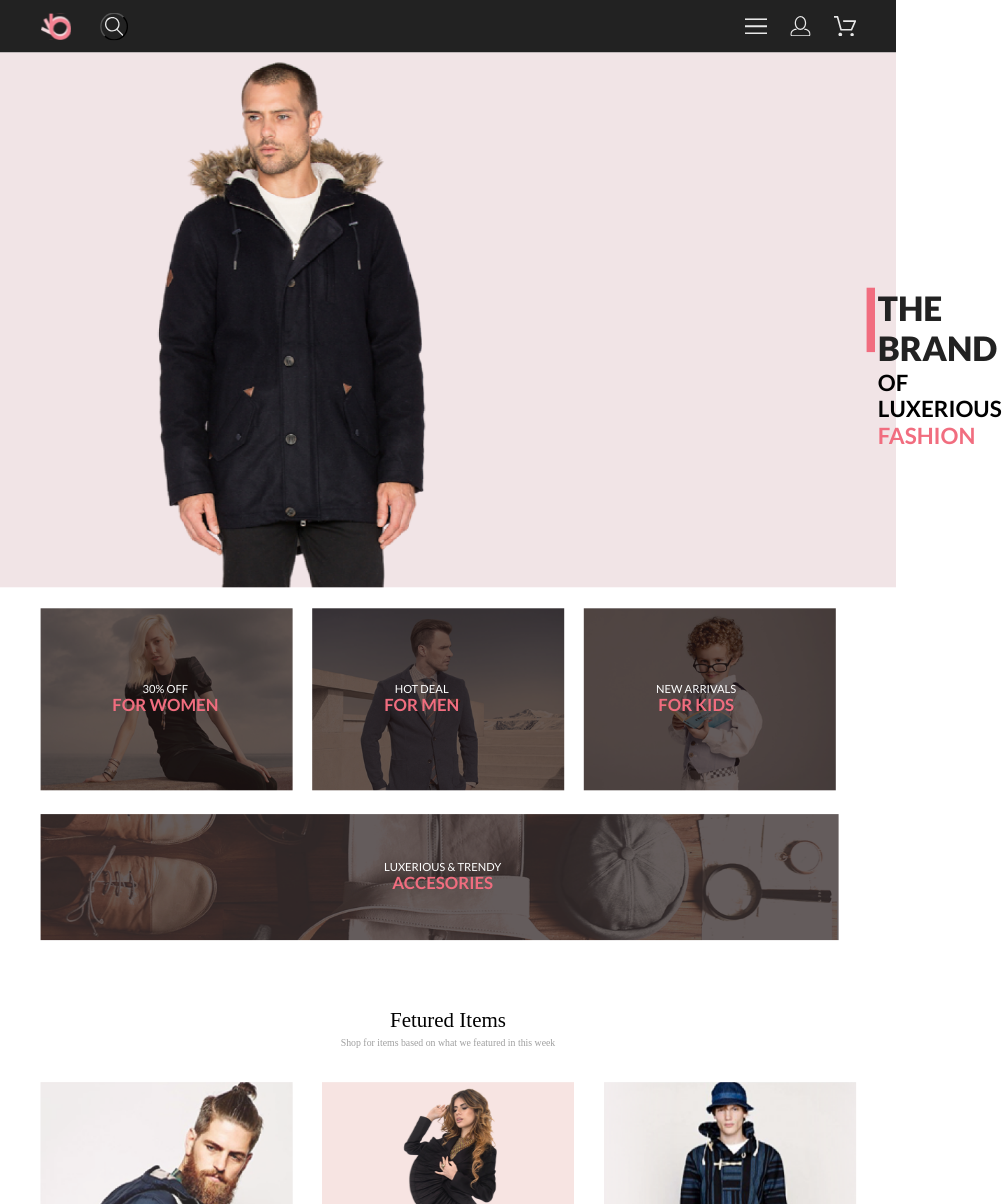
Repository: shtepaa/work-show-linkid
Page: les01/index.html
These files come from the project's save history. The page is drawn as it stood at one moment and after the next save; the edit follows.
The browser window is 1280 px wide. The page is 1431 px wide, then 1280 px, then 1431 px, so the pictures cover 1431 px, including what lies to the right of the window. The pictures show the part of the page from y = 0 to 1720 px (the page is 3886 px tall), at 70% of full size.

Above is the page before, as saved 2022-02-15 12:16:25.

### les01/index.html
<!DOCTYPE html>
<html lang="en">
  <head>
    <meta charset="UTF-8" />
    <meta http-equiv="X-UA-Compatible" content="IE=edge" />
    <meta name="viewport" content="width=device-width, initial-scale=1.0" />
    <title>Brand</title>
    <link rel="shortcut icon" href="img/favicon.ico" type="image/x-icon" />
    <link rel="stylesheet" href="style.css" />
    <link rel="preconnect" href="https://fonts.googleapis.com" />
    <link rel="preconnect" href="https://fonts.gstatic.com" crossorigin />
    <link
      href="https://fonts.googleapis.com/css2?family=Lato:wght@700;400;900&display=swap"
      rel="stylesheet"
    />
  </head>
  <body>


        <header>
          <div class="container">
            <nav>
              <div class="flex-left">
                <img src="img/logo.svg" alt="logo" />
                <form class="searchBox">
                  <input
                    class="searchInput"
                    type="text"
                    name=""
                    placeholder="Search"
                  />
                  <button class="searchButton" href="#">
                    <img id="path" src="img/search.svg" alt="logo" />
                  </button>
                </form>
              </div>
              <div class="flex-right">
                <div class="mega-box"><img class="contact-img" src="img/menu.svg" alt="logo" />
                <div class="mega-item">

<div class="menu-box"><h3 class="menu-box--style">Menu</h3></div>
<details><summary>Man</summary>
<a class="mega-link" href="#">Accessories</a>
<a class="mega-link" href="#">Bags</a>
<a class="mega-link" href="#">Denim</a>
<a class="mega-link" href="#">T-Shirts</a>
</details>
<details><summary>WOMAN</summary>
  <a class="mega-link" href="#">Accessories</a>
  <a class="mega-link" href="#">Jackets & Coats</a>
  <a class="mega-link" href="#">Polos</a>
  <a class="mega-link" href="#">T-Shirts</a>
  </details>
  <details><summary>KIDS</summary>
    <a class="mega-link" href="#">Accessories</a>
    <a class="mega-link" href="#">Bags</a>
    <a class="mega-link" href="#">Denim</a>
    <a class="mega-link" href="#">T-Shirts</a>
    </details>



                </div>


                </div>
                <img class="contact-img" src="img/contact.svg" alt="logo" />
                <img src="img/shop.svg" alt="logo" />
              </div>
            </nav>
          </div>
        </header>
        <!-- Второй блок -->
        <div class="header-section">

          <!-- <div class="container"> -->

            <div class="header-cover">
              <div class="header-image">
              <img class="header-man"  src="img/man-new.png" alt="man" />
            </div>
            <div class="header-title">
              <div class="pink-line">
              <div class="header-column">
                <h1>The brand</h1>
                <h2>of luxerious <span class="pink-word"> fashion</span></h2>
              </div>
            </div>
            </div>
          </div>
          <!-- </div> -->


          </div>
        </div>
<!-- Третий блок -->
        <div class="container catalog-wrappet">
          <div class="catalog-block">
            <div class="catalog-project">
              <img
                class="catalog-image"
                src="img/catalog01.png"
                alt="catalog01"
              />
              <h2 class="catalog__text">
                30% off <span class="pink-word catalog-words"> for women</span>
              </h2>
            </div>
            <div class="catalog-project">
              <img
                class="catalog-image"
                src="img/catalog02.png"
                alt="catalog02"
              />
              <h2 class="catalog__text">
                hot deal <span class="pink-word catalog-words"> for men</span>
              </h2>
            </div>
            <div class="catalog-project">
              <img
                class="catalog-image"
                src="img/catalog03.png"
                alt="catalog03"
              />
              <h2 class="catalog__text">
                new arrivals
                <span class="pink-word catalog-words"> for kids</span>
              </h2>
            </div>
          </div>
          <div class="catalog-project parent">
            <img
              class="catalog-image"
              src="img/catalog04.png"
              alt="catalog04"
            />
            <h2 class="catalog__text down-parent">
              luxerious & trendy<span class="pink-word catalog-words">
                accesories</span
              >
            </h2>
          </div>
        </div>
        <!-- Четвертый блок -->
        <div class="container block-text">
          <h3 class="block-text--heading">Fetured Items</h3>
          <p class="block-text--section-text">
            Shop for items based on what we featured in this week
          </p>
        </div>
        <div class="container section-featured">
          <div class="featur_one">
            <a class="link-featur" href="#">
            <img class="featur-image"  src="img/feat01.png" alt="featur_one" /></a>
            <div class="featur-wrapper">
            <h3 class="featur-text">ELLERY X M'O CAPSULE</h3>
            <p class="featur-content">Known for her sculptural takes on traditional tailoring, Australian arbiter of cool Kym Ellery teams up with Moda Operandi.</p>
<span class="featur-price">$52.00</span></div>
          </div>
          <div class="featur_one">
            <a class="link-featur" href="#">
            <img src="img/feat02.png" alt="featur_one" /></a>
            <div class="featur-wrapper">
            <h3 class="featur-text">ELLERY X M'O CAPSULE</h3>
            <p class="featur-content">Known for her sculptural takes on traditional tailoring, Australian arbiter of cool Kym Ellery teams up with Moda Operandi.</p>
<span class="featur-price">$52.00</span></div>
          </div>
          <div class="featur_one">
            <a class="link-featur" href="#">
            <img src="img/feat03.png" alt="featur_one" /></a>
            <div class="featur-wrapper">
            <h3 class="featur-text">ELLERY X M'O CAPSULE</h3>
            <p class="featur-content">Known for her sculptural takes on traditional tailoring, Australian arbiter of cool Kym Ellery teams up with Moda Operandi.</p>
<span class="featur-price">$52.00</span></div>
          </div>
          <div class="featur_one">
            <a class="link-featur" href="#">
            <img src="img/feat04.png" alt="featur_one" /></a>
            <div class="featur-wrapper">
            <h3 class="featur-text">ELLERY X M'O CAPSULE</h3>
            <p class="featur-content">Known for her sculptural takes on traditional tailoring, Australian arbiter of cool Kym Ellery teams up with Moda Operandi.</p>
<span class="featur-price">$52.00</span></div>
          </div>
          <div class="featur_one">
            <a class="link-featur" href="#">
            <img src="img/feat05.png" alt="featur_one" /></a>
            <div class="featur-wrapper">
            <h3 class="featur-text">ELLERY X M'O CAPSULE</h3>
            <p class="featur-content">Known for her sculptural takes on traditional tailoring, Australian arbiter of cool Kym Ellery teams up with Moda Operandi.</p>
<span class="featur-price">$52.00</span></div>
          </div>
          <div class="featur_one">
            <a class="link-featur" href="#">
            <img src="img/feat06.png" alt="featur_one" /></a>
            <div class="featur-wrapper">
            <h3 class="featur-text">ELLERY X M'O CAPSULE</h3>
            <p class="featur-content">Known for her sculptural takes on traditional tailoring, Australian arbiter of cool Kym Ellery teams up with Moda Operandi.</p>
<span class="featur-price">$52.00</span></div>
          </div>

        </div>
        <div class="container browse-button">
          <a class="link-browse" href="#"> <h3 class="browse-button product-cart">Browse All Product</h3></a>

        </div>
<div class="section-icons">
  <div class="container wrapper-icons">
  <div class="first-icons">
    <img class="car-icons" src="img/car.svg" alt="car" />
    <h3 class="car-icons--text">Free Delivery</h3>
    <p class="car-icons--context">Worldwide delivery on all. Authorit tively morph next-generation innov tion with extensive models.</p>
  </div>
  <div class="first-icons">
    <img class="car-icons" src="img/discount.svg" alt="discount" />
    <h3 class="car-icons--text">Sales & discounts</h3>
    <p class="car-icons--context">Worldwide delivery on all. Authorit tively morph next-generation innov tion with extensive models.</p>
  </div>
  <div class="first-icons">
    <img class="car-icons" src="img/corona.svg" alt="corona" />
    <h3 class="car-icons--text">Quality assurance</h3>
    <p class="car-icons--context">Worldwide delivery on all. Authorit tively morph next-generation innov tion with extensive models.</p>
  </div>
</div>

</div>

<div class="quotes-section">
  <div class="container wrap-quotes">
  <div class="figure-box">
  <figure>
    <img class="figure-image" src="img/author.png" alt="author" />
    <figcaption>“Vestibulum quis porttitor dui! Quisque viverra nunc mi, a pulvinar purus condimentum“</figcaption>
  </figure></div>
  <div class="figure-box enter-mail">

    <h1 class="subscribe">SUBSCRIBE</h1>
    <h2 class="promotion">FOR OUR NEWLETTER AND PROMOTION</h2>
    <div class="subscribe-wrapper">

      <input type="email" name="email" class="subscribe-input" placeholder="Enter Your Email">
      <div class="submit-btn">SUBMIT</div>
    </div>


  </div>

</div>


      </div>
      <footer>
<div class="container footer-contant">
  <div class="copy-righ">
    <span class="copy-text">© 2021  Brand  All Rights Reserved.</span>
  </div>
  <div class="networks">
    <div class="insta instag-fig">

    </div>
    <div class="insta pint-fig"></div>
    <div class="insta last-fig"></div>
    <div class="insta "></div>
  </div>



</div>

      </footer>

  </body>
</html>

### les01/style.css
* {
  margin: 0;
  padding: 0;
}



header {
  background-color: #222;

  display: flex;
  height: 75px;
}
.header-section {
  background-color: #f1e4e6;
  /* display: flex; */
  height: 764px;
}
.container {
  margin: 0 auto;
  width: 1165px;
  display: flex;
}
.header-image {
  display: flex;
  /* background-repeat: no-repeat;
  -webkit-box-flex: 1;
  -ms-flex-positive: 1;
  flex-grow: 1; */

}
.header-man{
  /* display: flex; */
  /* display: block; */
  left: 0;
}
.header-title {
  /* width: 50%; */
  display: flex;
  flex-direction: row;
  align-items: center;
}
.header-column {
  display: flex;
  flex-direction: column;
  margin-left: 16px;
  text-transform: uppercase;
  font-family: "Lato", sans-serif;
}
h1 {
  font-weight: 900;
  font-size: 48px;
  line-height: 58px;
  color: #222;
}
h2 {
  font-weight: 700;
  font-size: 32px;
  line-height: 38px;
}
.pink-word {
  color: #f16d7f;
}
.pink-line {
  background-color: #f16d7f;
  height: 92px;
  width: 12px;
}
.header-cover {
  /* width: 100%; */
  display: flex;
  /* flex-direction: row; */
  justify-content: space-between;
  width: 1250px;
  /* margin: 0 auto; */
}

nav {
  justify-content: space-between;
  flex-direction: row;
  /* position: relative; */
  align-items: center;
  display: flex;
  height: 75px;
  width: 100%;
}
.flex-left {
  align-items: center;
  flex-direction: row;
  display: flex;
}

.contact-img {
  margin-right: 33px;
}
/* Меню бокс */
.mega-item {
  position: absolute;
  background-color: #fff;

  /* display: none; */
  padding: 37px 100px 79px 50px;
  display: none;
  margin-top: 23px;
  padding-bottom: 53px;
  /* margin-left: 155px; */
}
.mega-box {
  padding: 34px 0 30px 0;

}
.mega-box:hover .mega-item{
  display: block;
}
summary {
  display: block;
}

  summary::-webkit-details-marker {
  display: none;
}

summary {
  display: block;
  font-weight: 400;
  font-size: 14px;
  line-height: 17px;
  text-transform: uppercase;
  color: #f16d7f;
  padding-top: 20px;
  padding-bottom: 12px;
  font-family: "Lato", sans-serif;
  cursor: pointer;
}

  summary::-webkit-details-marker {
  display: none;
}

summary::before {
  content: '';
  padding-right: 0.5em;
}

details[open] > summary::before {
  content: '';
}

.menu-box--style {
  font-weight: 700;
  font-size: 14px;
  line-height: 17px;
  text-transform: uppercase;
  padding-bottom: 4px;
  font-family: "Lato", sans-serif;
}
/* .pink-box {

} */
.mega-link {
  font-family: "Lato", sans-serif;
  display: block;
  text-decoration: none;
  font-size: 14px;
  line-height: 17px;
  color: #6f6e6e;
  font-weight: 400;
  padding: 12px 0px 11px 15px;
}
.mega-link:hover{
  color: #F16D7F;
}
.flex-right {
  display: flex;
  align-items: center;
  position: relative;
  /* padding-bottom: 23px; */
}
img {
  cursor: pointer;
}

/* search form*/
form {
  margin-left: 41px;
}

.searchBox:hover > .searchInput {
  padding: 0 6px;
  width: 240px;
}

.searchBox:hover > .searchButton {
  background: #222;
  color: #2f3640;
}

.searchButton {
  justify-content: center;
  align-items: center;
  background: #222;
  border-radius: 50%;
  color: white;
  float: right;
  width: 40px;
  height: 40px;
  display: flex;
  transition: 0.4s;
}

.searchInput {
  border: none;
  background: none;
  outline: none;
  float: left;
  padding: 0;
  color: white;
  font-size: 16px;
  transition: 0.4s;
  line-height: 40px;
  width: 0px;
}

@media screen and (max-width: 620px) {
  .searchBox:hover > .searchInput {
    width: 150px;
    padding: 0 6px;
  }
}

/* Третий блок */

.catalog-wrappet {
  display: flex;
  /* flex-direction: row; */
  flex-wrap: wrap;
  justify-content: space-between;
  max-width: 1165px;
  margin: 0 auto;
}
.catalog-project {
  margin-top: 30px;
  position: relative;
  flex-grow: 1;
}
/* .catalog-image:last-of-type {
  width: 100%;

} */
.catalog__text {
  position: absolute;
  display: block;
  z-index: 100;
  left: 103px;
  top: 105px;
  box-sizing: border-box;
  font-size: 16px;
  line-height: 19px;
  text-align: center;
  font-family: Lato;
  color: #fff;
  text-transform: uppercase;
  font-weight: 400;
  display: flex;
  flex-direction: column;
  /* left: 0; */
}
.catalog-words {
  font-size: 24px;
  line-height: 28px;
  text-align: center;
  font-family: "Lato", sans-serif;
  font-weight: 700;
}
.catalog-block {
  display: flex;
  justify-content: space-between;
  flex-direction: row;
  width: 100%;
}
.parent {
  display: flex;
  width: 100%;
  /* justify-content: space-between; */
}
.down-parent {
  left: 491px;
  top: 65px;
}
/* Четвертый блок */
.block-text {
  padding-top: 96px;
  display: flex;
  flex-direction: column;
  box-sizing: content-box;
  align-items: center;
}
.block-text--heading {
  font-weight: normal;
  font-size: 30px;
  line-height: 36px;
}
.block-text--section-text {
  padding-top: 6px;
  font-weight: normal;
  font-size: 14px;
  line-height: 17px;
  color: #9f9f9f;
}
/* Пятый блок */
.section-featured{
  max-width: 1165px;
  display: flex;
  flex-direction: row;
  flex-wrap: wrap;
  padding-top: 18px;
  justify-content: space-between;
}
.featur_one{
  display: flex;
  flex-direction: column;
  max-width: 360px;
  background-color: #F8F8F8;
  margin-top: 30px;
}
.featur-text{
  margin-top: 25px;
  font-size: 13px;
line-height: 16px;
font-family: "Lato", sans-serif;
font-weight: 400;
}
.featur-content{
  color: #5D5D5D;
  font-weight: 300;
font-size: 14px;
line-height: 17px;
font-family: "Lato", sans-serif;
padding-top: 12px;
}
.featur-price{
  color:  #F16D7F;
  font-size: 16px;
line-height: 19px;
font-weight: 400;
padding-top: 18px;
}
.featur-wrapper{
  padding-left: 18px;
  padding-bottom: 20px;
  display: flex;
  flex-direction: column;
}
.browse-button{
  /* align-items: center; */
  /* display: block; */
  max-width: 1165px;
  display: flex;
  justify-content: center;
  margin-top: 63px;

}
.link-browse{
  text-decoration: none;
}
.product-cart{
  color: #fff;
  border: 1px solid #FF6A6A;
  box-sizing: border-box;
  align-items: center;
  width: 211px;
  padding: 15px 38px;
  font-size: 16px;
line-height: 19px;
font-weight: 400;
background-color: #F16D7F;
}
/* конец кнопки */
.section-icons {
  background-color: #222224;
  display: flex;
  height: 341px;

  /* justify-content: space-between; */
  margin-top: 95px;
}
.first-icons{
  display: flex;
  flex-direction: column;
  max-width: 343px;
  justify-content: center;
  align-items: center;
  text-align: center;


}
.car-icons{
  width: 44px;
  height: 31px;
  padding-top: 103px;
  padding-bottom: 28px;
}
.wrapper-icons{
  max-width: 1165px;
  display: flex;
  flex-direction: row;
  justify-content: space-between;
}
.car-icons--context{
  padding-top: 16px;
  font-weight: 300;
font-size: 13.972px;
line-height: 17px;
color: #FBFBFB;
padding-bottom: 104px;
}
.car-icons--text{
  font-size: 19.96px;
line-height: 24px;
color: #FBFBFB;
font-weight: 400;
}
/* Квотес секция */
.quotes-section{
  background-image: url(img/photo-subscribe.png );
  height: 448px;
  background-repeat: no-repeat;
  background-size: 100%;

}
.wrap-quotes{
  display: flex;
  flex-direction: row;
  max-width: 1165px;
  justify-content: space-between;

}
.figure-box{
  display: flex;
  flex-direction: column;
  width: 343px;
  justify-content: center;
  /* align-items: center; */
  text-align: center;

}
.figure-image{
  width: 96px;
  height: 96px;
  padding-top: 97px;
}
figcaption{
  padding-top: 30px;
  font-size: 20px;
line-height: 24px;
font-weight: 400;
font-family: "Lato", sans-serif;
color: #222224;

}
.subscribe{
  font-family: "Lato", sans-serif;
  font-weight: 700;
  font-size: 24px;
  line-height: 37px;
  padding-top: 150px;
}
.promotion{
  font-family: "Lato", sans-serif;
  font-weight: 400;
  font-size: 18px;
  line-height: 30px;
}
.enter-mail{
  width: 557px;
}
.subscribe-wrapper{
  display: flex;
  justify-content: center;
  margin-top: 39px;

  border-radius: 10px;
  width: 356px;
  margin: 0 auto;
  padding-top: 32px;
}
.subscribe-input{
width: 256px;
border-radius: 30px;
  border-bottom-right-radius: 0;
  border-top-right-radius: 0;
  border-color: #E1E1E1;
  background-color: #E1E1E1;
}
.submit-btn{
  width: 100px;
  border-radius: 30px;
  border-bottom-left-radius: 0;
  border-top-left-radius: 0;
  background-color: #E05C6E;
  height: 49px;
  color: #fff;
  text-align: center;
  align-items: center;
  font-size: 14px;
line-height: 17px;
display: flex;
font-weight: 400;
padding: 10px;
}
::placeholder{
  padding-left: 22px;
  padding-top: 7px;
  padding-bottom: 6px;
  font-size: 14px;
line-height: 17px;
opacity: 0.67;
color: #222224;
}
footer{
  height: 79px;
  background-color: #222224;
  display: flex;
}
.footer-contant{
  display: flex;
  flex-direction: row;
  max-width: 1165px;
  align-items: center;
  justify-content: space-between;
}
.copy-text{
  padding-top: 30px;
  font-size: 16px;
line-height: 19px;
font-weight: 400;
color: #FBFBFB;
}
.networks{
  display: flex;
  flex-direction: row;


}
.insta{
  height: 32px;
  width: 31px;
  background-color: #fff;
  display: flex;

}
.last-fig{
  margin-right: 7px;
}
.pint-fig{
  margin-right: 7px;
}
.instag-fig{
  margin-right: 7px;
}
.insta:hover{
  background-color: #E05C6E;

}

Loaded but not shown: les01/img/car.svg (3 lines, source omitted); les01/img/search.svg (3 lines, source omitted)

After the next save:
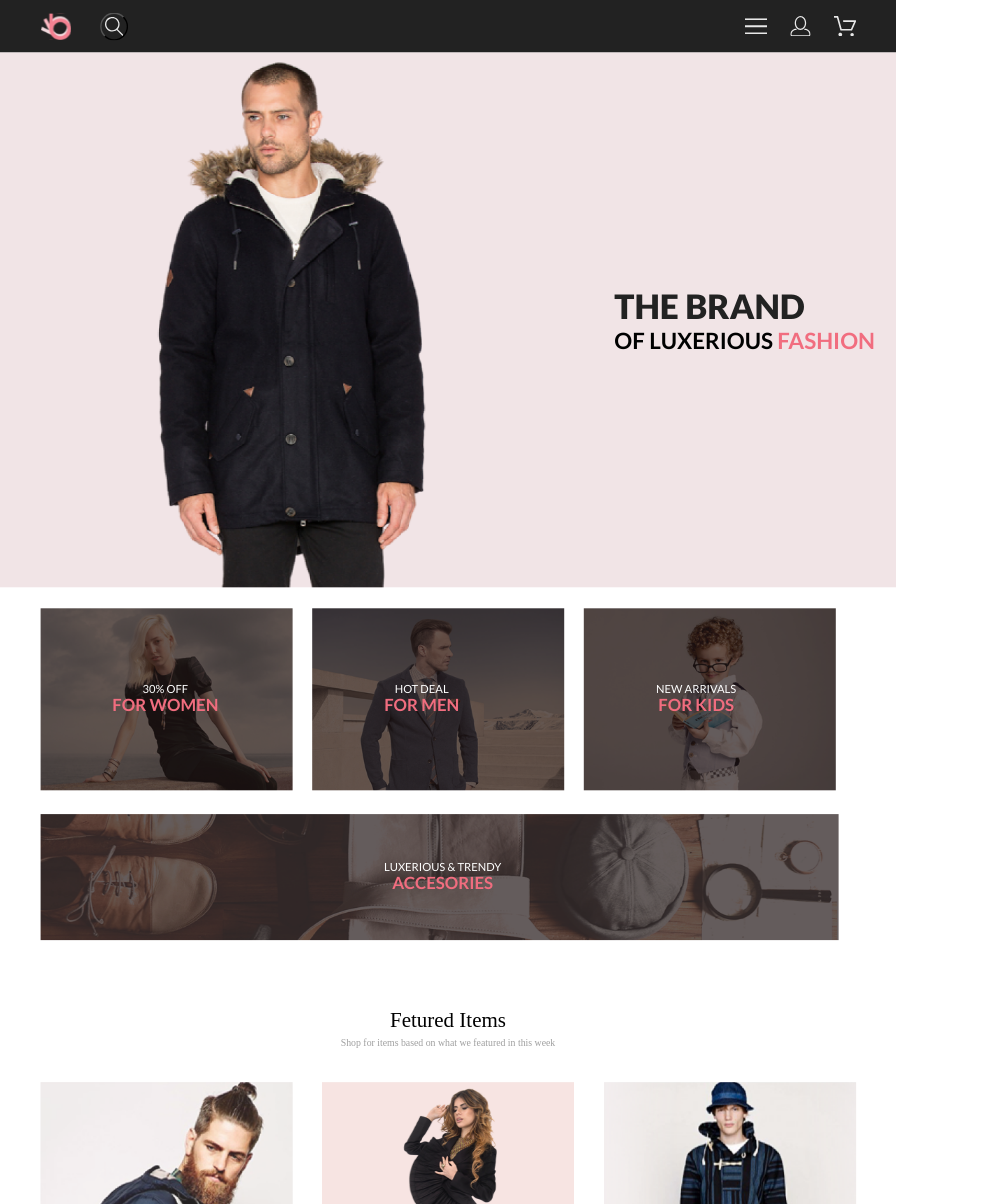
Saved 14 s later.
--- a/les01/style.css
+++ b/les01/style.css
@@ -61,11 +61,11 @@
 .pink-word {
   color: #f16d7f;
 }
-.pink-line {
+/* .pink-line {
   background-color: #f16d7f;
   height: 92px;
   width: 12px;
-}
+} */
 .header-cover {
   /* width: 100%; */
   display: flex;

After the save that followed:
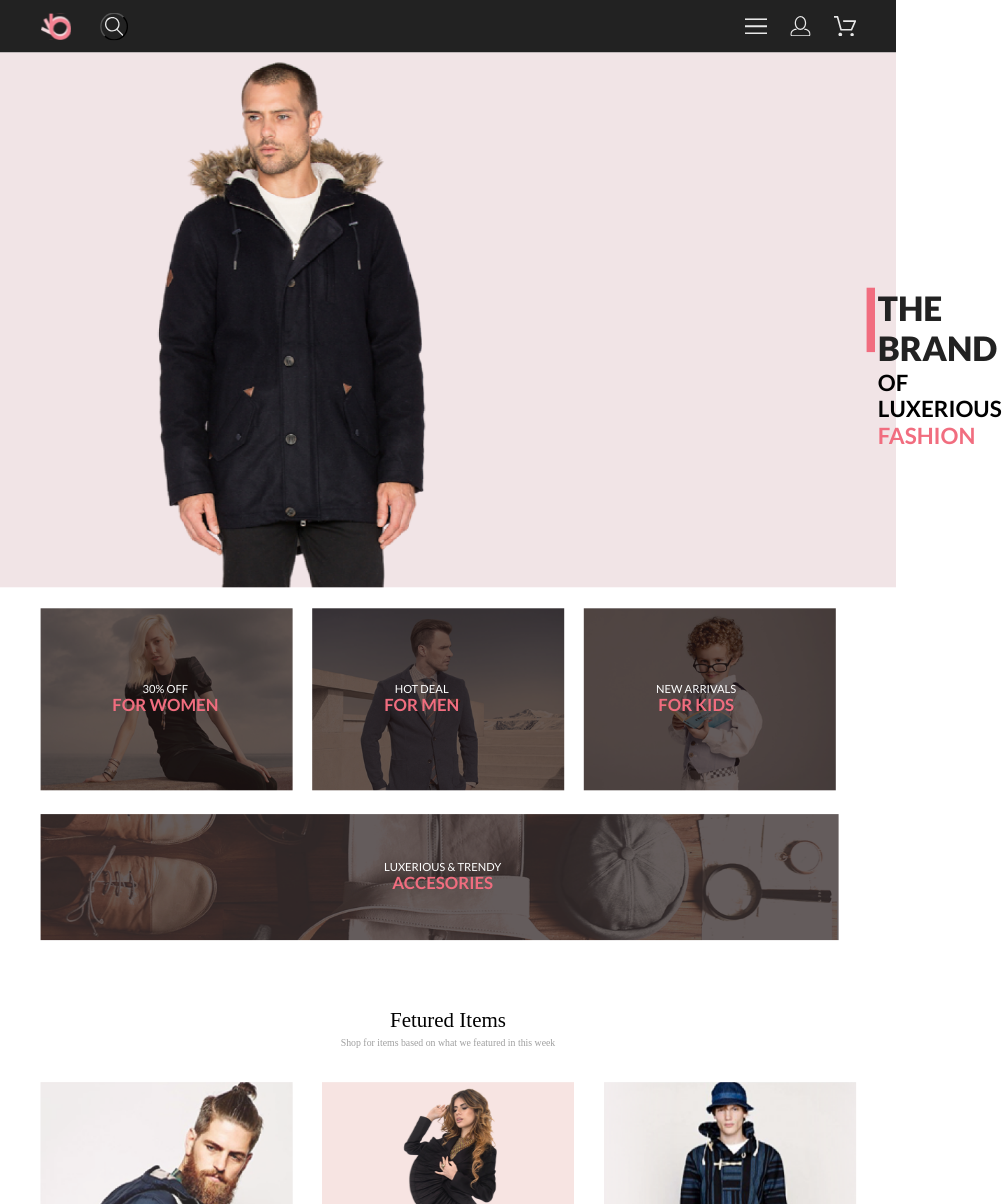
Saved 22 s later.
--- a/les01/style.css
+++ b/les01/style.css
@@ -61,11 +61,11 @@
 .pink-word {
   color: #f16d7f;
 }
-/* .pink-line {
+.pink-line {
   background-color: #f16d7f;
   height: 92px;
   width: 12px;
-} */
+}
 .header-cover {
   /* width: 100%; */
   display: flex;
